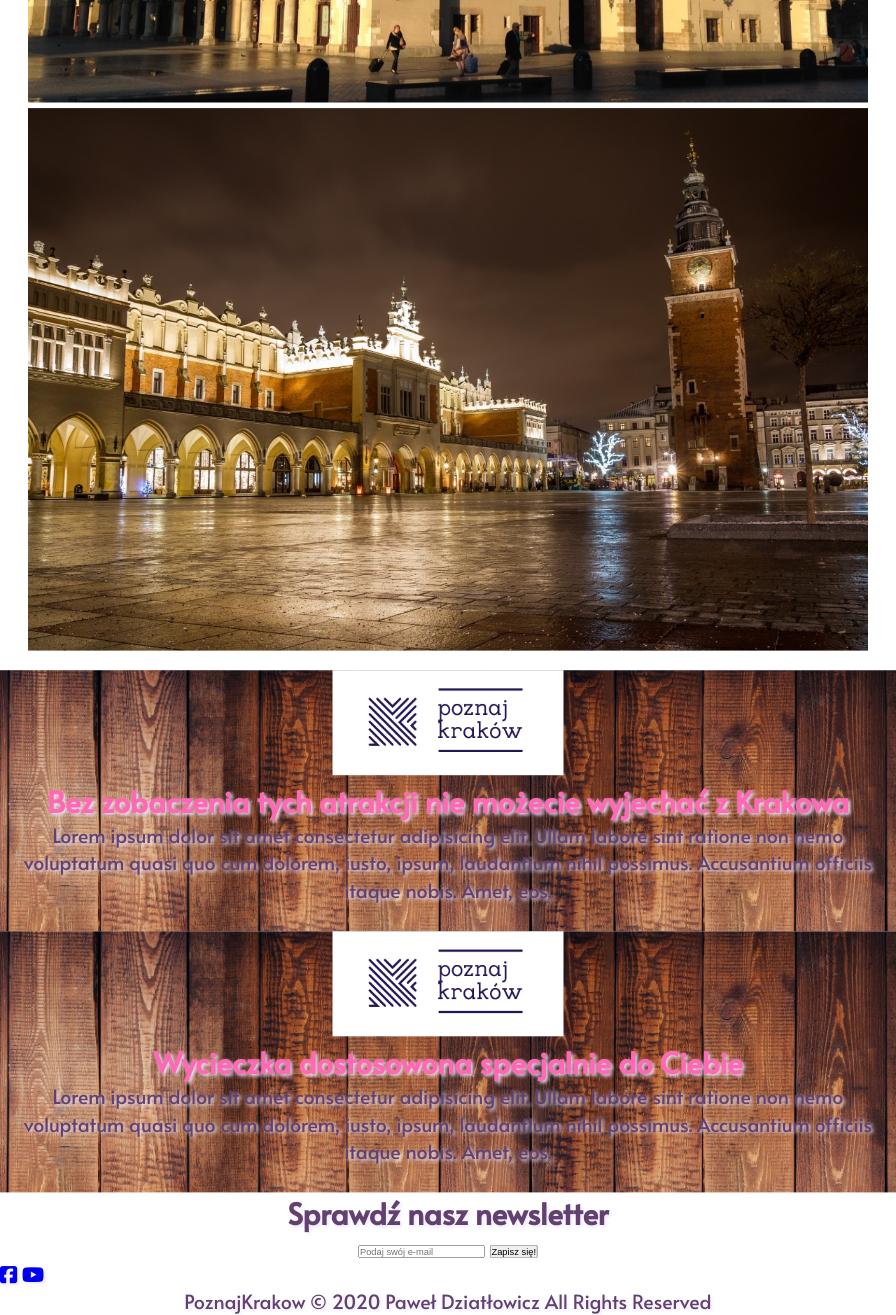
Repository: DZIALEK/projekt1
Page: projekt1.html
An editor plug-in stored every save of this project. The page is shown before and after the next save, followed by the edit.
The browser window is 1280 px wide. The pictures show the part of the page from y = 2828 to 4748 px (the page is 4707 px tall before and 4748 px after), at 70% of full size.
Some icons come from a web library that is not loaded, so they are not drawn. A picture or video elsewhere on the page could not be fetched, so the positions and the page height are approximate. Some web libraries are served in a nearby version.

Above is the page before, as saved 2020-07-15 00:36:16.

After the next save:
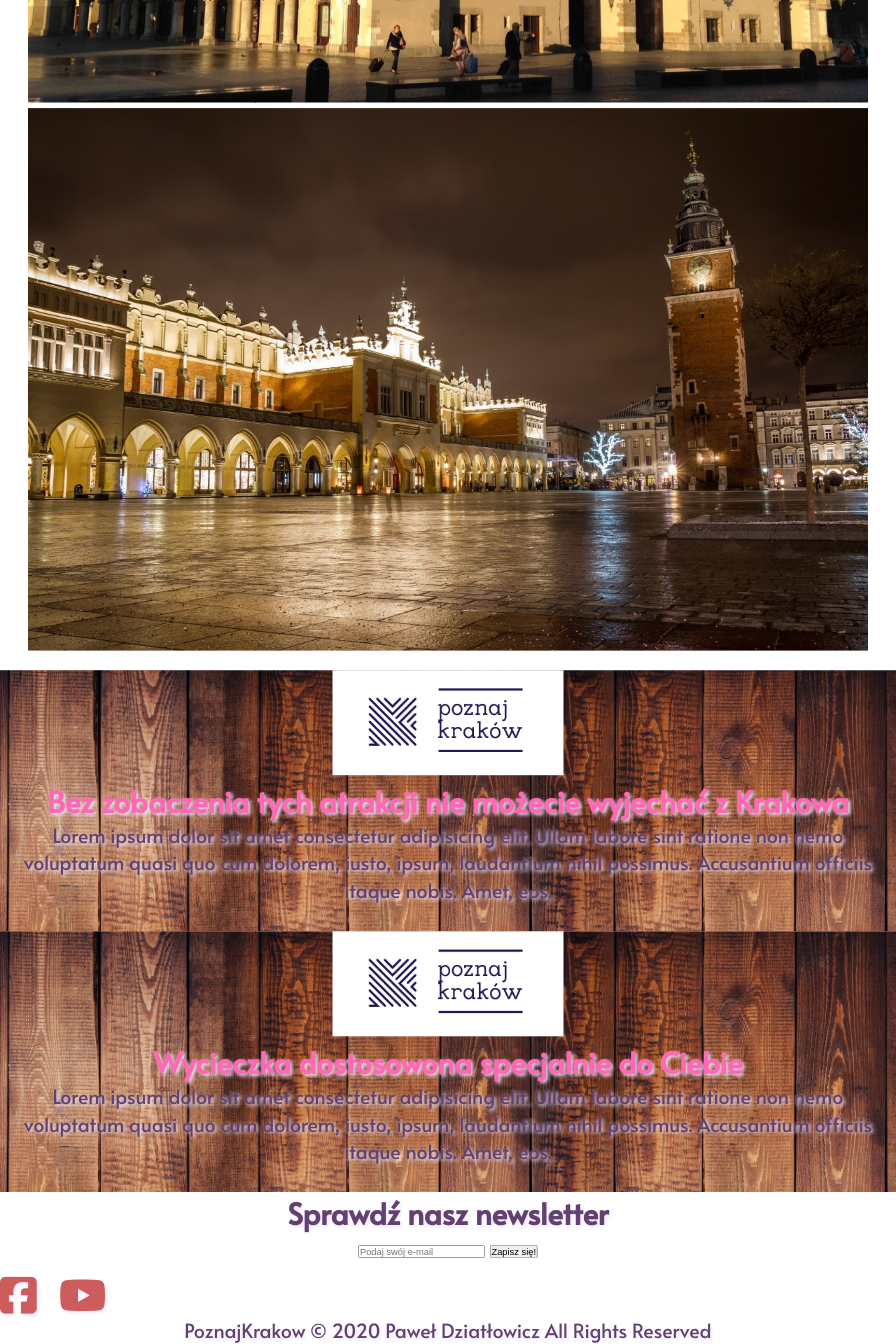
Saved 25 s later.
--- a/projekt1.css
+++ b/projekt1.css
@@ -170,7 +170,7 @@ nav a:hover {
     padding-bottom: 40px;
 }
 
-.section-media i {
+.social-media i {
     color: indianred;
     margin-top: 20px;
     font-size: 60px;
